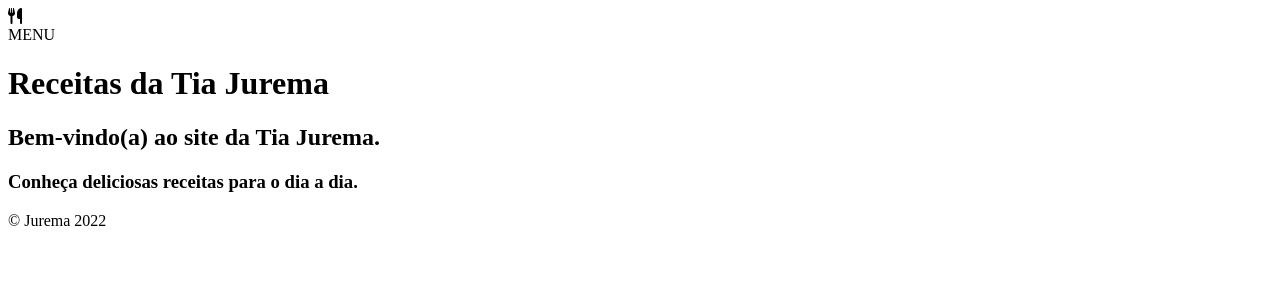
Repository: devropaes/RECEITAS
Page: OneDrive/Área de Trabalho/Estudos/Estácio/receitas/home.html
An editor plug-in stored every save of this project. The page is shown before and after the next save, followed by the edit.
The browser window is 1280 px wide. The pictures show the whole page.
Some web libraries are served in a nearby version.

Above is the page before, as saved 2024-03-11 19:24:34.

After the next save:
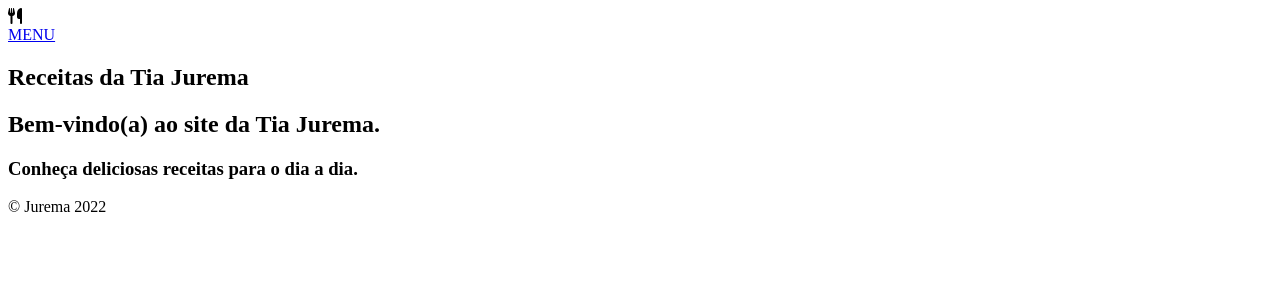
Saved 93 s later.
--- a/OneDrive/Área de Trabalho/Estudos/Estácio/receitas/home.html
+++ b/OneDrive/Área de Trabalho/Estudos/Estácio/receitas/home.html
@@ -9,8 +9,9 @@
 
 </head>
 <body>
-      <nav class="cabecalho__menu__link" href="index.html">MENU</nav>
-
+  <header class="cabecalho">
+    <nav class="cabecalho__menu">
+        <a class="cabecalho__menu__link" href="index.html">MENU</a>
     <main>
       <h1>Receitas da Tia Jurema</h1>
       <h2>Bem-vindo(a) ao site da Tia Jurema.</h2>
